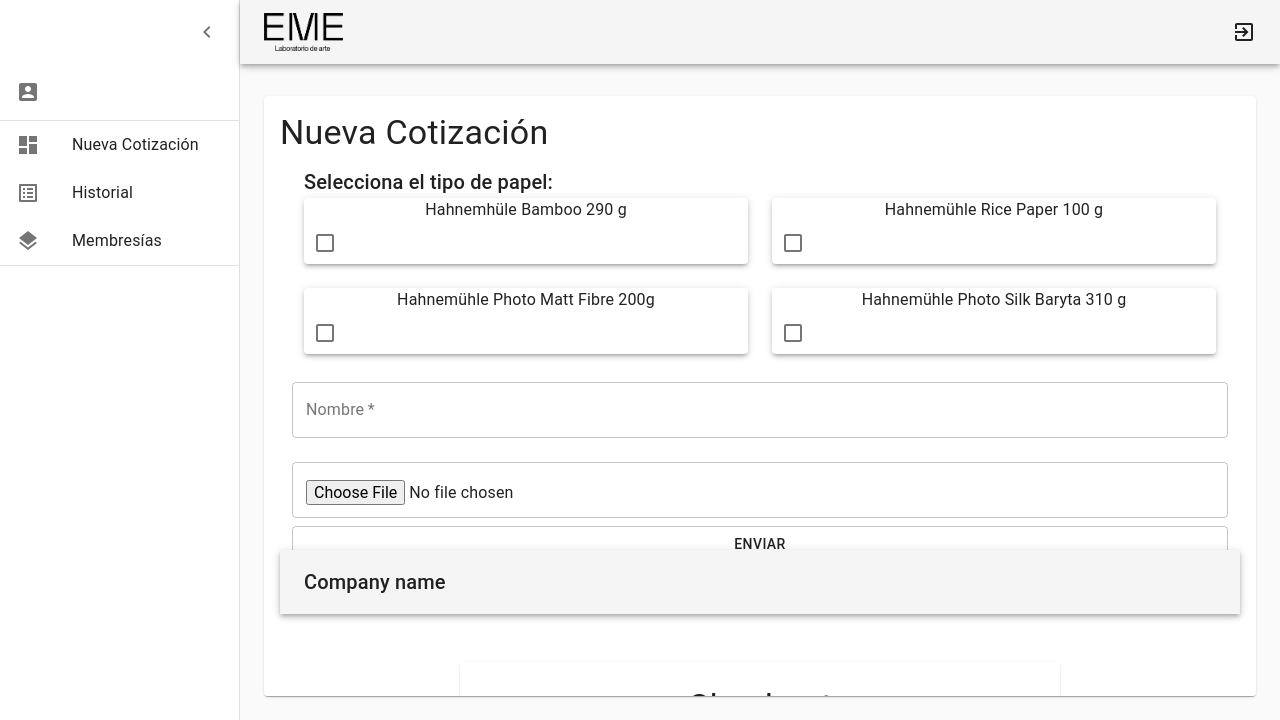
Repository: BrendaCarranco/eme-lab
Page: /Trabajo
These files come from the project's save history. The page is drawn as it stood at one moment and after the next save; the edit follows.
The browser window is 1280 px wide. The pictures show the whole page.
An inner scrolling area shows only its first screen. Some web libraries are served in a nearby version. The project was rebuilt for these pictures with package versions that can differ from the ones it lists, and the page was loaded fresh each time. Also part of the build but not shown: src/components/buildingPage/Building.js, src/temaConfig.js, src/components/buildingPage/Landing.js, src/components/login/Reset.js, src/components/Dashboard/Historial.js, src/components/Dashboard/Membresias.js, src/components/Dashboard/SizeForm.js, src/components/Dashboard/Review.js and 6 more.

Above is the page before, as saved 2020-08-30 19:51:30.

After the next save:
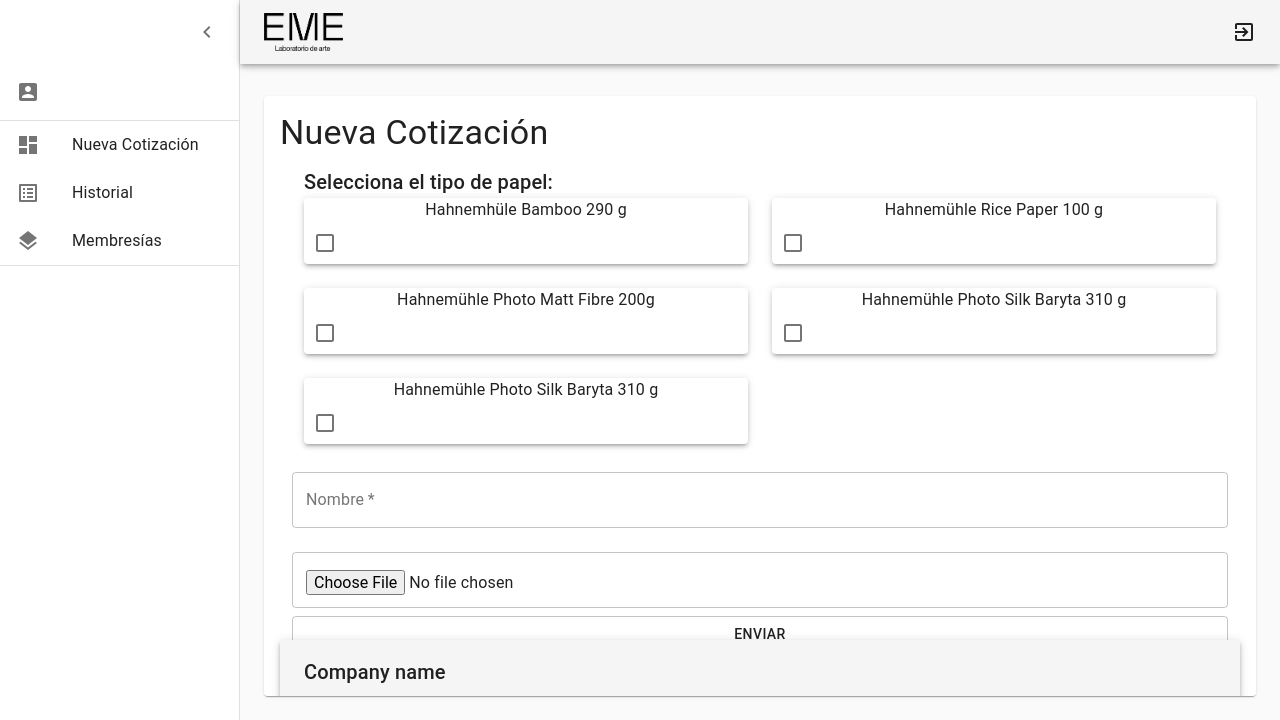
Saved 26 s later.
--- a/src/components/Dashboard/Cotizacion.js
+++ b/src/components/Dashboard/Cotizacion.js
@@ -133,6 +133,14 @@ const Cotizacion = ({ firebaseUser, setUsersFiles, usersFiles }) => {
             <Checkbox/>
           </Paper>
           </Grid>
+          <Grid item xs={12} sm={6}>
+          <Paper elevation={3}>
+            <Typography align="center">
+            Hahnemühle Photo Silk Baryta 310 g
+            </Typography>
+            <Checkbox/>
+          </Paper>
+          </Grid>
           <TextField
             variant="outlined"
             margin="normal"
